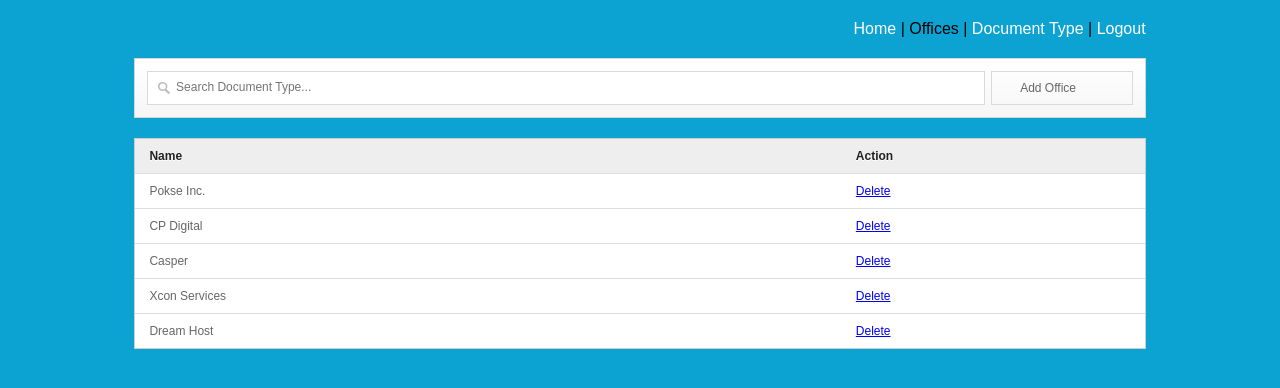
Repository: MrSyntax31/recordmanagement
Page: http://localhost/main/offices.php
These files come from the project's save history. The page is drawn as it stood at one moment and after the next save; the edit follows.
The browser window is 1280 px wide. The pictures show the whole page.
The page is run by PHP 8.4 with error messages shown; the project is at /var/www/html/. The database holds what the project's SQL file puts in it.

Above is the page before, as saved 2022-03-03 14:33:01.

After the next save:
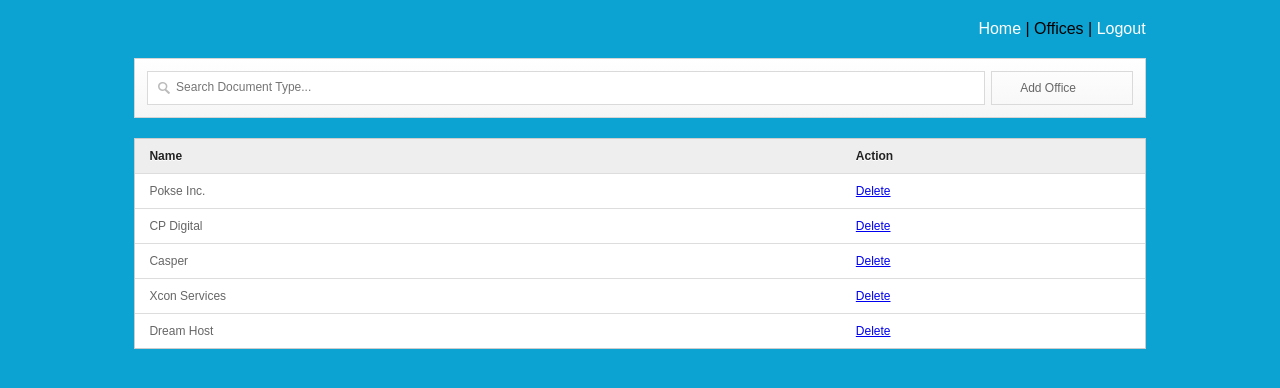
Saved 19 s later.
--- a/main/offices.php
+++ b/main/offices.php
@@ -82,7 +82,7 @@ a#add {
     })
   </script>
 <div id="log">
-<a href="index.php">Home</a> | Offices | <a href="doctype.php">Document Type</a> | <a href="../index.php">Logout</a>
+<a href="index.php">Home</a> | Offices | <a href="../index.php">Logout</a>
 </div>
 <div id="formdesign">
 <input type="text" name="filter" value="" id="filter" placeholder="Search Document Type..." autocomplete="off" />
